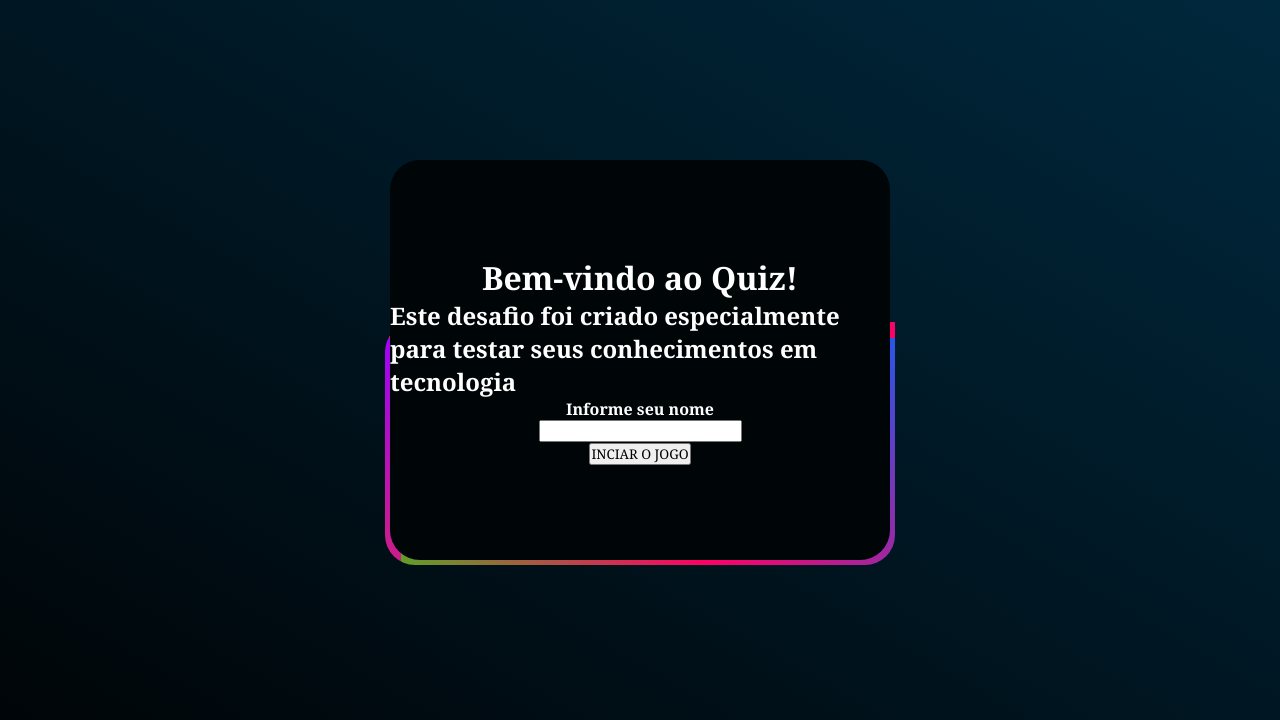
Repository: LaisSilvaO/Projeto-Quizz
Page: telas/apresentação.html
The author's editor kept a copy of each file at every save. The page is drawn from the files as they stood at one save, then again after the next save.
The browser window is 1280 px wide. The pictures show the whole page.

Above is the page before, as saved 2024-12-25 21:04:18.

After the next save:
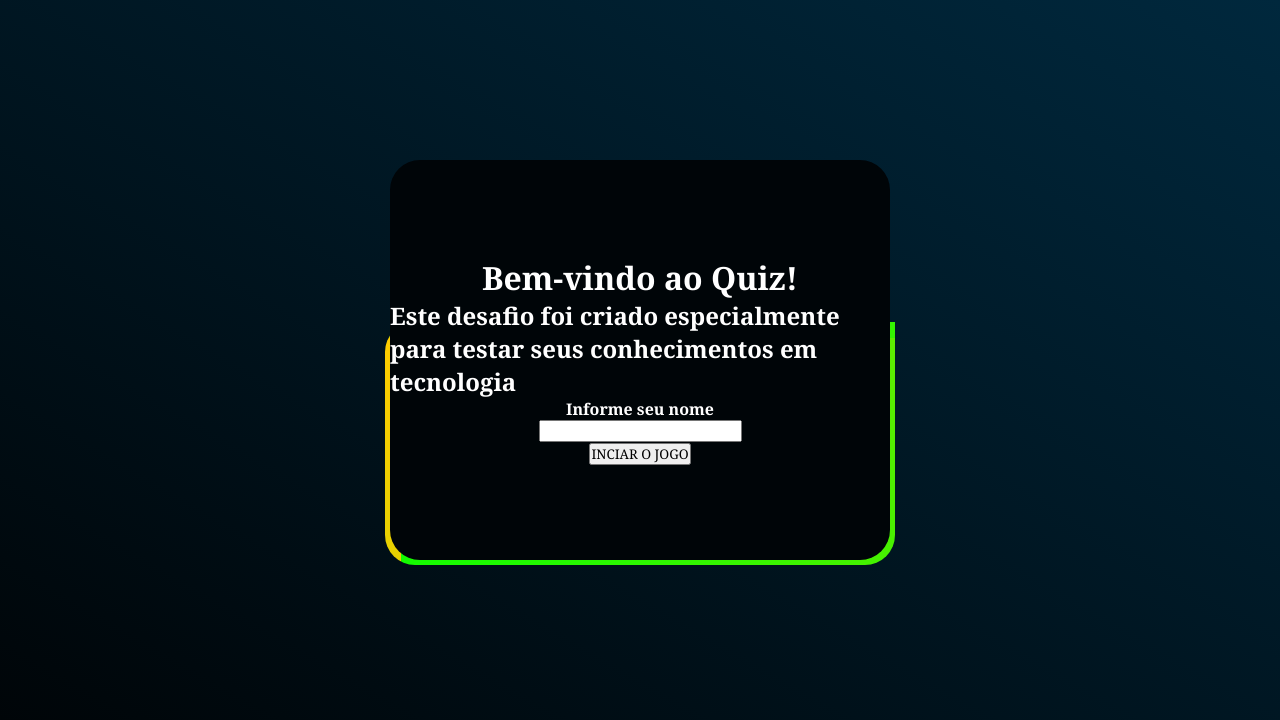
Saved 32 s later.
--- a/img/tela.css
+++ b/img/tela.css
@@ -62,7 +62,7 @@ main {
   height: 100%;
   border-radius: 30px;
   border: 16px solid transparent; /* Espessura da borda aumentada */
-  background-image: linear-gradient(45deg, #00ff00, #ff0066, #0066ff, #ffcc00, hsl(15, 100%, 50%), #9d00ff);
+  background-image: linear-gradient(45deg, #00ff00, #ffcc00);
   background-size: 400%; /* Aumenta o tamanho da animação da borda */
   animation: borderAnimation 3s linear 3s infinite ;
   z-index: -1; /* Garante que a borda fique atrás do conteúdo */
